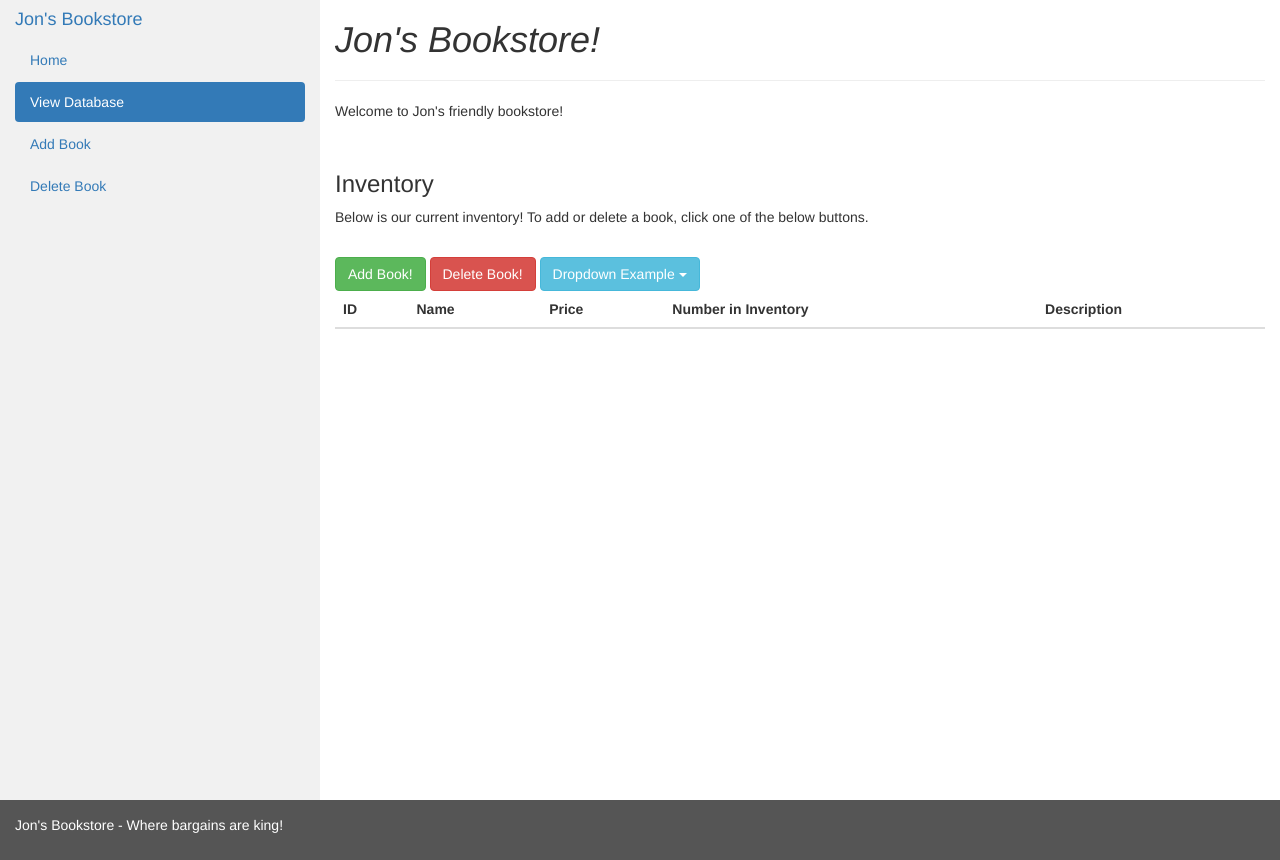
Repository: Inferno51/bookstoreproject
Page: http://localhost/bookstore/readfromdb.jsp
The author's editor kept a copy of each file at every save. The page is drawn from the files as they stood at one save, then again after the next save.
The browser window is 1280 px wide. The pictures show the whole page.
The page is served by Tomcat 9. Other server files are loaded and not shown. Queries for data that is not in the repository find no rows.

Above is the page before, as saved 2016-09-02 17:13:42.

### bookstore/src/main/webapp/readfromdb.jsp
<%@page import="com.bookstore.DAO"%>
<%@page import="com.bookstore.Book"%>
<%@ page language="java" contentType="text/html; charset=ISO-8859-1"
	pageEncoding="ISO-8859-1"%>
<!DOCTYPE html PUBLIC "-//W3C//DTD HTML 4.01 Transitional//EN" "http://www.w3.org/TR/html4/loose.dtd">
<html>
<head>
<title>Jon's Bookstore</title>
<meta http-equiv="Content-Type" content="text/html; charset=ISO-8859-1">
<meta charset="utf-8">
<meta name="viewport" content="width=device-width, initial-scale=1">
<link rel="stylesheet" href="styles.css">
<link rel="stylesheet"
	href="http://maxcdn.bootstrapcdn.com/bootstrap/3.3.7/css/bootstrap.min.css">
<script
	src="https://ajax.googleapis.com/ajax/libs/jquery/1.12.4/jquery.min.js"></script>
<script
	src="http://maxcdn.bootstrapcdn.com/bootstrap/3.3.7/js/bootstrap.min.js"></script>
</head>
<body>
	<div class="container-fluid">
		<div class="row content">
			<div class="col-sm-3 sidenav">
				<h4>
					<a href="index.html">Jon's Bookstore</a>
				</h4>
				<ul class="nav nav-pills nav-stacked">
					<li><a href="index.html">Home</a></li>
					<li class="active"><a href="readfromdb.jsp">View Database</a></li>
					<li><a href="addbook.html">Add Book</a></li>
					<li><a href="deletebook.html">Delete Book</a></li>
				</ul>
				<br>
			</div>

			<div class="col-sm-9">
				<h1>
					<em>Jon's Bookstore!</em>
					</h4>
					<hr>
					<p>Welcome to Jon's friendly bookstore!</p>
					<br>
					<h3>Inventory</h3>
					<p>Below is our current inventory! To add or delete a book,
						click one of the below buttons.</p>
					<br> <a href="addbook.html" class="btn btn-success"
						role="button">Add Book!</a> <a href="deletebook.html"
						class="btn btn-danger" role="button">Delete Book!</a>
					<table class="table table-striped">
						<thead>
							<tr>
								<th>ID</th>
								<th>Name</th>
								<th>Price</th>
								<th>Number in Inventory</th>
								<th>Description</th>
							</tr>
						</thead>
						<tbody>

							<%
								com.bookstore.DAO.readFromDB();
							%>
							<%
								Book readToJSP = new Book();

								for (int i = 0; i < DAO.ourBooks.size(); i++) {
									readToJSP = DAO.ourBooks.get(i);
							%>
							<tr>
								<td><%=readToJSP.getBookID()%></td>
								<td><%=readToJSP.getBookName()%></td>
								<td><%=readToJSP.getBookPrice()%></td>
								<td><%=readToJSP.getBookCount()%></td>
								<td><%=readToJSP.getBookDesc()%></td>
							</tr>
							<%
								}
								DAO.ourBooks.clear();
							%>

						</tbody>
						<button class="btn btn-info dropdown-toggle" type="button"
							data-toggle="dropdown">
							Dropdown Example <span class="caret"></span>
						</button>
						<ul class="dropdown-menu">
							<li><a href="#">HTML</a></li>
							<li><a href="#">CSS</a></li>
							<li><a href="#">JavaScript</a></li>
						</ul>

					</table>
			</div>
		</div>
	</div>

	<footer class="container-fluid">
	<p>Jon's Bookstore - Where bargains are king!</p>
	</footer>
</body>
</html>

### bookstore/src/main/java/com/bookstore/DAO.java
package com.bookstore;

import java.sql.*;
import java.util.ArrayList;

public class DAO {

	static final String JDBC_DRIVER = "com.mysql.cj.jdbc.Driver";
	static final String DB_URL = "jdbc:mysql://127.0.0.1:3306/?user=root&autoReconnect=true&useSSL=false";
	static final String USER = "root";
	static final String PASSWORD = "sesame";

	static Connection CONN = null;
	static Statement STMT = null;
	static PreparedStatement PREP = null;
	static ResultSet RES = null;
	public static ArrayList<Book> ourBooks = new ArrayList<>();

	public static void connToDB() {
		try {
			Class.forName(JDBC_DRIVER);
			CONN = DriverManager.getConnection(DB_URL, USER, PASSWORD);
		} catch (SQLException | ClassNotFoundException e) {
			e.printStackTrace();
		} // Try connection statement
	} // connToDB

	public static void readFromDB() {
		connToDB();



		try {
			STMT = CONN.createStatement();
			RES = STMT.executeQuery("SELECT * FROM products.books;");

			while (RES.next()) {
				Book myBook = new Book();
				myBook.setBookID(RES.getInt("book_id"));
				myBook.setBookName(RES.getString("book_name"));
				myBook.setBookPrice(RES.getDouble("book_price"));
				myBook.setBookCount(RES.getInt("book_inv_count"));
				myBook.setBookDesc(RES.getString("book_desc"));

				ourBooks.add(myBook);

			}

			for (Book book : ourBooks) {
				System.out.println(book.toString());
			}

		} catch (SQLException e) {
			e.printStackTrace();
		}
	} // readFromDB

	private static String insertIntoTable = "INSERT INTO `products`.`books` "
			+ "(book_name, book_price, book_inv_count, book_desc)"
			+ " VALUES "
			+ "(?, ?, ?, ?)";

	public static void writeToDB(Book newBook) {

		Book bookToAdd = new Book();

		bookToAdd = newBook;

		try {
			connToDB();

			PREP = CONN.prepareStatement(insertIntoTable);

			PREP.setString(1, bookToAdd.getBookName());
			PREP.setDouble(2, bookToAdd.getBookPrice());
			PREP.setInt(3, bookToAdd.getBookCount());
			PREP.setString(4, bookToAdd.getBookDesc());

			System.out.println(PREP);

			PREP.executeUpdate();

		} catch (SQLException e) {
			e.printStackTrace();
		}

	}

	private static String updateDB = ("UPDATE `products`.`books` SET `book_name` = ?, `book_price` = ?, `book_inv_count` = ?, `book_desc` = ? WHERE `book_id` = ?");

	public static void updateDB(Book newBook) {

		readFromDB();

		Book bookToUpdate = new Book();

		bookToUpdate = newBook;

		try {
			PREP = CONN.prepareStatement(updateDB);

			PREP.setString(1, bookToUpdate.getBookName());
			PREP.setDouble(2, bookToUpdate.getBookPrice());
			PREP.setInt(3, bookToUpdate.getBookCount());
			PREP.setString(4, bookToUpdate.getBookDesc());
			PREP.setInt(5, bookToUpdate.getBookID());

			PREP.executeUpdate();

		} catch (SQLException e) {
			e.printStackTrace();
		}
	} // updateDB

	public static void deleteFromDatabase(Book newBook) {
		Book bookToDelete = new Book();
		bookToDelete = newBook;

		try {
			connToDB();
			PREP = CONN.prepareStatement("DELETE FROM `products`.`books` WHERE book_ID = ?");
			PREP.setInt(1, bookToDelete.getBookID());
			PREP.executeUpdate();
		} catch (SQLException e) {
			e.printStackTrace();
		}
	} // deleteFromDatabase
}

### bookstore/src/main/java/com/bookstore/Book.java
package com.bookstore;

public class Book {

	private int bookID = 0;
	private int bookCount = 0;
	private double bookPrice = 0.0d;
	private String bookName = null;
	private String bookDesc = null;

	// Constructor
	public Book(int bookID, int bookCount, double bookPrice, String bookName, String bookDesc) {
		super();
		this.bookID = bookID;
		this.bookCount = bookCount;
		this.bookPrice = bookPrice;
		this.bookName = bookName;
		this.bookDesc = bookDesc;
	} // Constructor

	// Blank constructor
	public Book() {
		super();
	} // Blank constructor


	// Getters and setters
	public int getBookID() {
		return bookID;
	}

	public void setBookID(int bookID) {
		this.bookID = bookID;
	}

	public int getBookCount() {
		return bookCount;
	}

	public void setBookCount(int bookCount) {
		this.bookCount = bookCount;
	}

	public double getBookPrice() {
		return bookPrice;
	}

	public void setBookPrice(double bookPrice) {
		this.bookPrice = bookPrice;
	}

	public String getBookName() {
		return bookName;
	}

	public void setBookName(String bookName) {
		this.bookName = bookName;
	}

	public String getBookDesc() {
		return bookDesc;
	}

	public void setBookDesc(String bookDesc) {
		this.bookDesc = bookDesc;
	}
	// Getters and setters


	@Override
	public String toString() {
		return "Book [bookID=" + bookID + ", bookCount=" + bookCount + ", bookPrice=" + bookPrice + ", bookName="
				+ bookName + ", bookDesc=" + bookDesc + "]";
	} // toString method



}

### bookstore/src/main/webapp/styles.css
@CHARSET "ISO-8859-1";
/* Set height of the grid so .sidenav can be 100% (adjust if needed) */
.row.content {
	height: 800px
}

/* Set gray background color and 100% height */
.sidenav {
	background-color: #f1f1f1;
	height: 100%;
}

/* Set black background color, white text and some padding */
footer {
	background-color: #555;
	color: white;
	padding: 15px;
}

/* On small screens, set height to 'auto' for sidenav and grid */
@media screen and (max-width: 767px) {
	.sidenav {
		height: auto;
		padding: 15px;
	}
	.row.content {
		height: auto;
	}
}

After the next save:
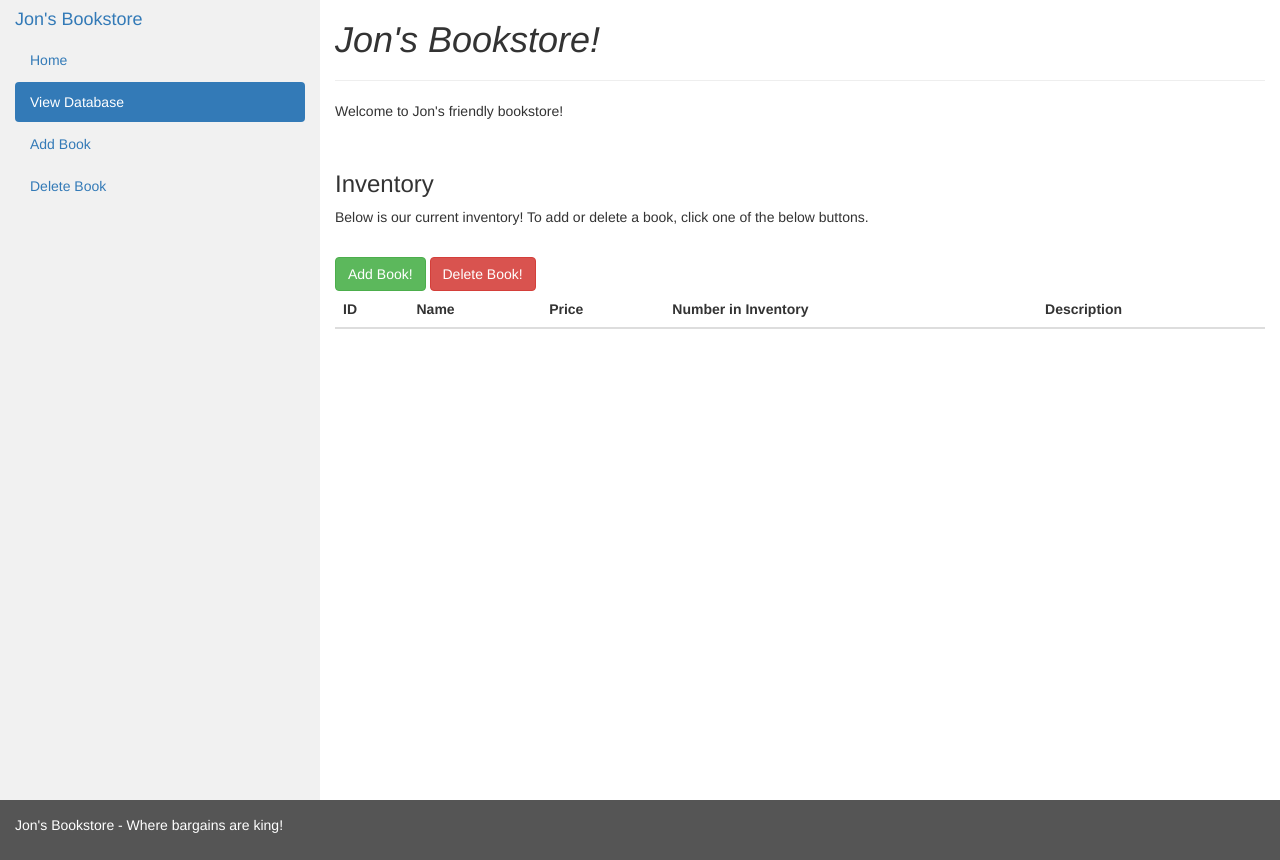
Saved 67 s later.
--- a/bookstore/src/main/webapp/readfromdb.jsp
+++ b/bookstore/src/main/webapp/readfromdb.jsp
@@ -46,6 +46,7 @@
 					<br> <a href="addbook.html" class="btn btn-success"
 						role="button">Add Book!</a> <a href="deletebook.html"
 						class="btn btn-danger" role="button">Delete Book!</a>
+
 					<table class="table table-striped">
 						<thead>
 							<tr>
@@ -80,15 +81,7 @@
 							%>
 
 						</tbody>
-						<button class="btn btn-info dropdown-toggle" type="button"
-							data-toggle="dropdown">
-							Dropdown Example <span class="caret"></span>
-						</button>
-						<ul class="dropdown-menu">
-							<li><a href="#">HTML</a></li>
-							<li><a href="#">CSS</a></li>
-							<li><a href="#">JavaScript</a></li>
-						</ul>
+
 
 					</table>
 			</div>

After the save that followed:
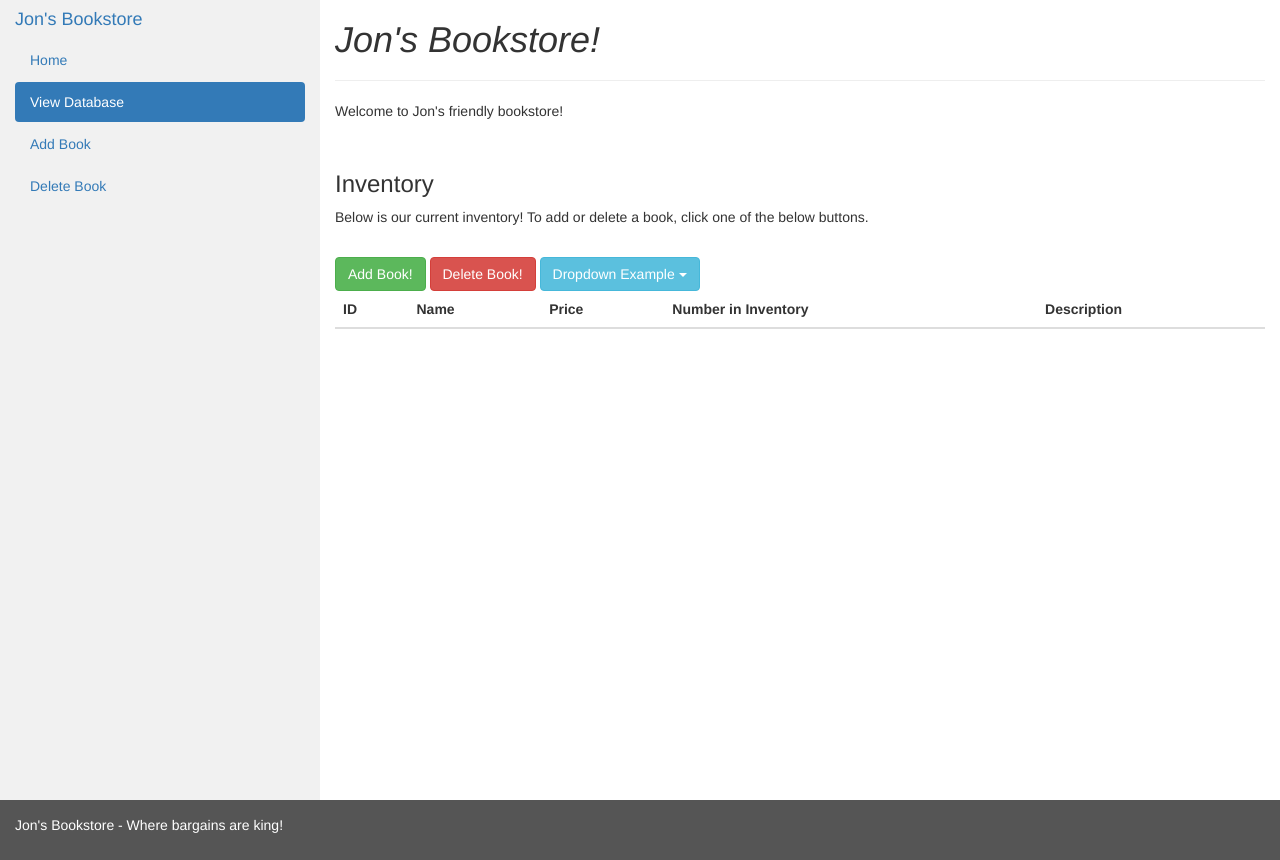
Saved 32 s later.
--- a/bookstore/src/main/webapp/readfromdb.jsp
+++ b/bookstore/src/main/webapp/readfromdb.jsp
@@ -43,10 +43,18 @@
 					<h3>Inventory</h3>
 					<p>Below is our current inventory! To add or delete a book,
 						click one of the below buttons.</p>
-					<br> <a href="addbook.html" class="btn btn-success"
-						role="button">Add Book!</a> <a href="deletebook.html"
-						class="btn btn-danger" role="button">Delete Book!</a>
-
+					<br>
+					<a href="addbook.html" class="btn btn-success" role="button">Add Book!</a>
+					<a href="deletebook.html" class="btn btn-danger" role="button">Delete Book!</a>
+					<button class="btn btn-info dropdown-toggle" type="button"
+							data-toggle="dropdown">
+							Dropdown Example <span class="caret"></span>
+						</button>
+						<ul class="dropdown-menu">
+							<li><a href="#">HTML</a></li>
+							<li><a href="#">CSS</a></li>
+							<li><a href="#">JavaScript</a></li>
+						</ul>
 					<table class="table table-striped">
 						<thead>
 							<tr>
